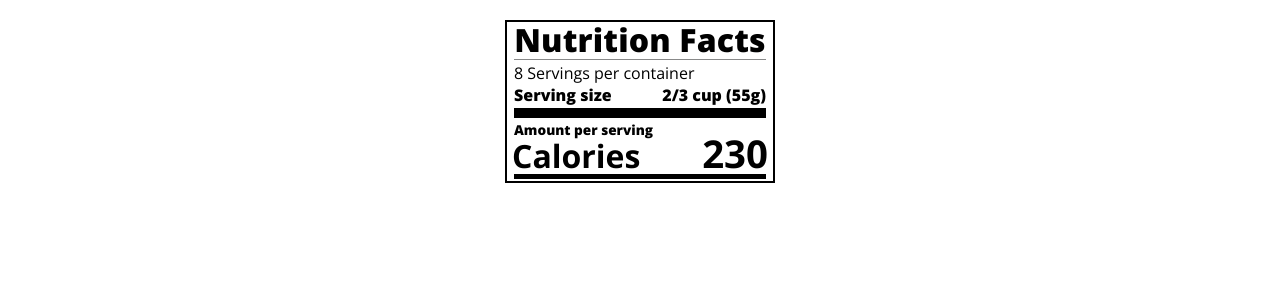
Repository: Lungdjos/typography
Page: index.html
The author's editor kept a copy of each file at every save. The page is drawn from the files as they stood at one save, then again after a run of saves.
The browser window is 1280 px wide. The pictures show the whole page.

Above is the page before, as saved 2023-10-28 01:38:55.

### index.html
<!DOCTYPE html>
<html lang="en">

<head>
    <meta charset="UTF-8">
    <meta name="viewport" content="width=device-width, initial-scale=1.0">
    <title>Nutrition Label</title>
    <link rel="stylesheet" href="styles.css">
    <link rel="stylesheet" href="https://fonts.googleapis.com/css?family=Open+Sans:400,700,800">
</head>

<body>
    <div class="label">
        <header>
            <h1 class="bold">Nutrition Facts</h1>
            <div class="divider"></div>
            <p>8 Servings per container</p>
            <p class="bold">Serving size <span>2/3 cup (55g)</span></p>
        </header>
        <div class="divider large"></div>
        <div class="calories-info">
            <div class="left-container">
                <h2 class="bold small-text">Amount per serving</h2>
                <p>Calories</p>
            </div>
            <span>230</span>
        </div>
        <div class="divider medium"></div>
    </div>

</body>

</html>

### styles.css
body {
    font-family: "Open Sans", sans-serif;
}

html {
    font-size: 16px;
}

.label {
    border: 2px solid black;
    width: 270px;
    margin: 20px auto;
    padding: 0 7px;
}

* {
    box-sizing: border-box;
}

header h1 {
    text-align: center;
    margin: -4px 0;
    letter-spacing: .15PX;
}

p {
    margin: 0;
    display: flex;
    justify-content: space-between;
}

.divider {
    border-bottom: 1px solid #888989;
    margin: 2px 0;
}

.bold {
    font-weight: 800;
}

.large {
    height: 10px;
}

.large,
.medium {
    background-color: black;
    border: 0;
}

.small-text {
    font-size: .85rem;
}

.calories-info h2 {
    margin: 0;
}

.calories-info {
    display: flex;
    justify-content: space-between;
    align-items: flex-end;
}

.left-container p {
    margin: -5px -2px;
    font-size: 2em;
    font-weight: 700;
}

.calories-info span {
    font-size: 2.4em;
    font-weight: 700;
    margin: -7px -2px;
}

.medium {
    height: 5px;
}

After the next 7 saves:
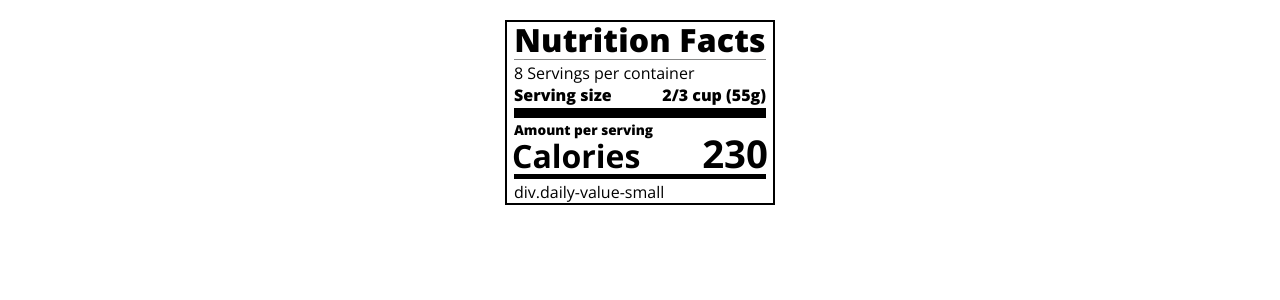
The 7 saves are shown as one change because they came seconds apart.
The last was saved 6 min 28 s later.
--- a/index.html
+++ b/index.html
@@ -26,6 +26,7 @@
             <span>230</span>
         </div>
         <div class="divider medium"></div>
+        div.daily-value-small
     </div>
 
 </body>

After the save that followed:
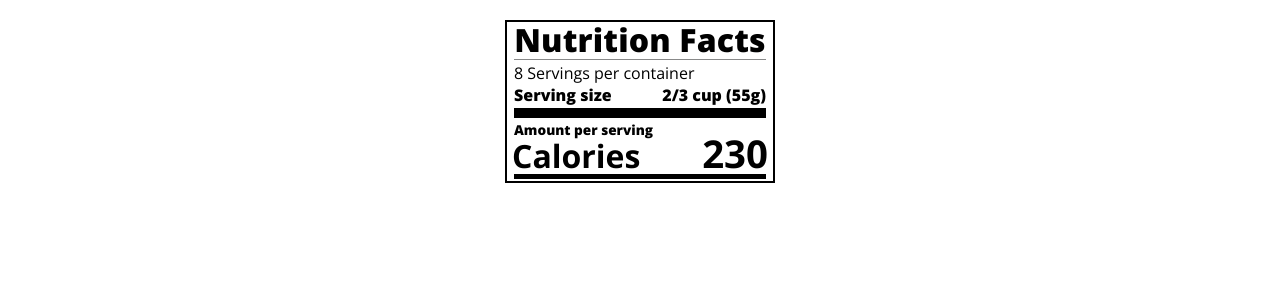
Saved 4 s later.
--- a/index.html
+++ b/index.html
@@ -26,7 +26,7 @@
             <span>230</span>
         </div>
         <div class="divider medium"></div>
-        div.daily-value-small
+        <div class="daily-value-small-text"></div>
     </div>
 
 </body>
